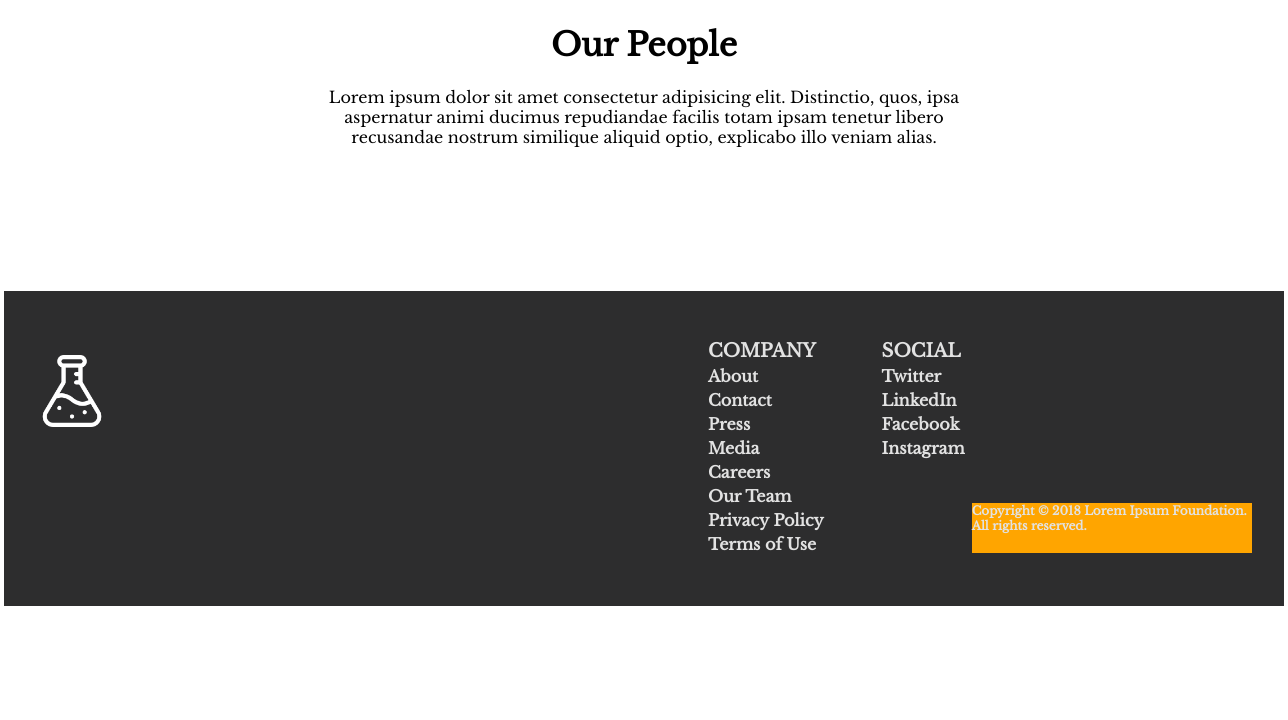
Repository: Tsardines/app
Page: / (app in my-app/)
The author's editor kept a copy of each file at every save. The page is drawn from the files as they stood at one save, then again after the next save.
The browser window is 1280 px wide. The page is 1288 px wide, so the pictures cover 1288 px, including what lies to the right of the window. The pictures show the whole page.
The page's requests for data from a server got no answer. The project was rebuilt for these pictures with package versions that can differ from the ones it lists, and the page was loaded fresh each time. No one was signed in, and anything a server would have sent is missing.

Above is the page before, as saved 2018-11-14 20:23:07.

After the next save:
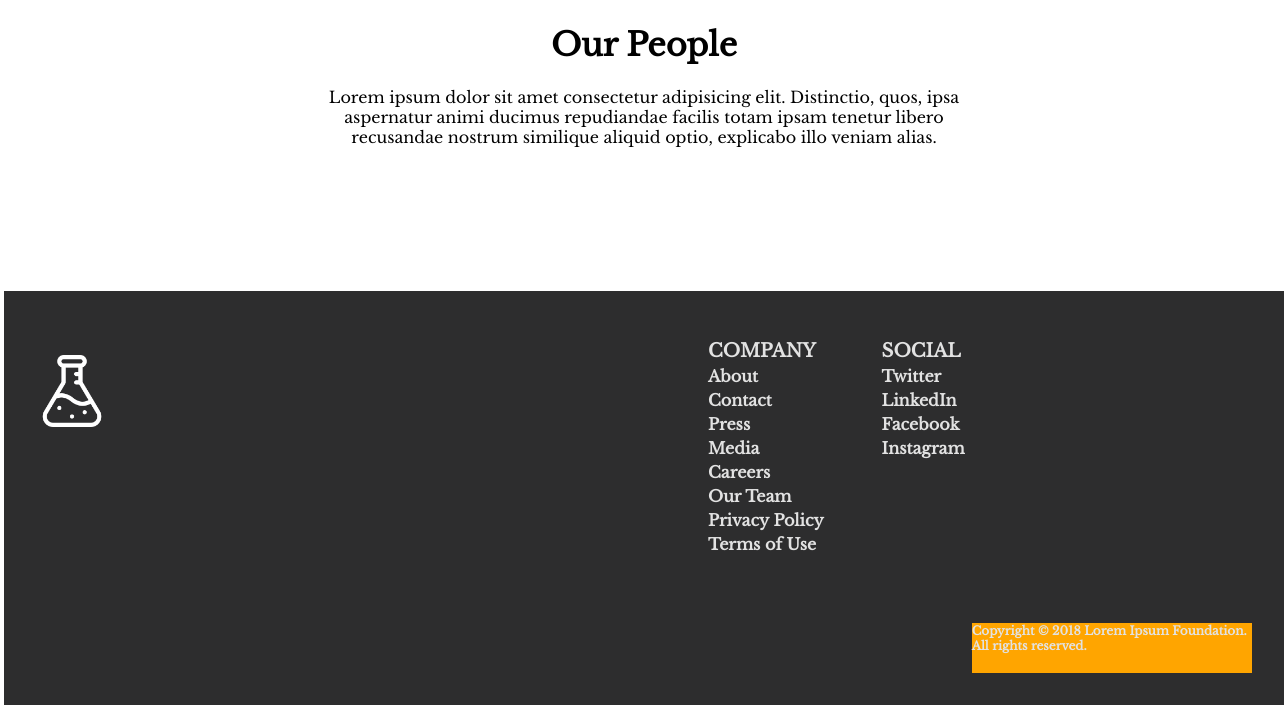
Saved 5 s later.
--- a/my-app/src/components/Footer.css
+++ b/my-app/src/components/Footer.css
@@ -51,5 +51,5 @@
     background-color: orange;
     font-size: 0.75em;
     height: 7vh;
-    margin-top: 15em;
+    margin-top: 25em;
 }
